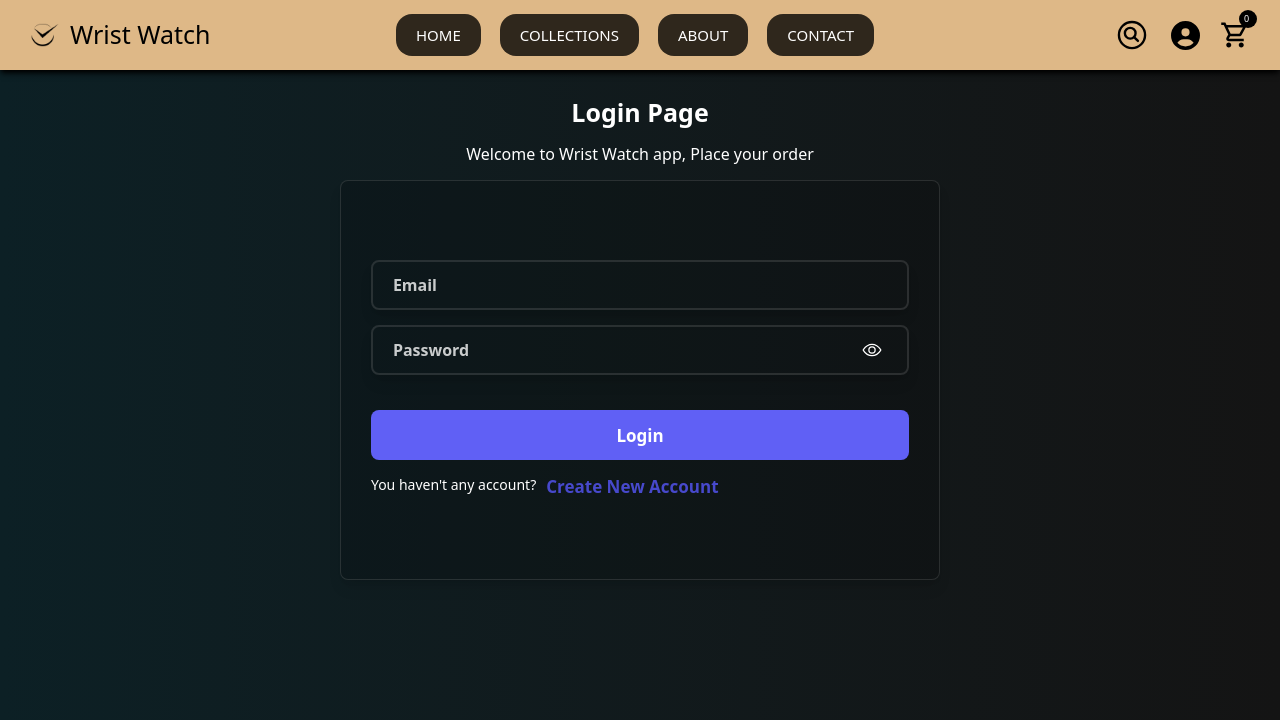
Repository: mansibhanushali/online_watch_ecommerce_mernstack_webapplication
Page: /placeorder (app in frontend/)
An editor plug-in stored every save of this project. The page is shown before and after the next save, followed by the edit.
The browser window is 1280 px wide. The pictures show the whole page.
The page's requests for data from a server got no answer. The project was rebuilt for these pictures with package versions that can differ from the ones it lists, and the page was loaded fresh each time. No one was signed in, and anything a server would have sent is missing. Also part of the build but not shown: frontend/vite.config.js, frontend/src/component/Loading.jsx, frontend/src/pages/Registration.jsx, frontend/src/component/Backgound.jsx, frontend/src/component/Title.jsx, frontend/src/component/Card.jsx, frontend/src/component/LatestCollection.jsx, frontend/src/component/BestSeller.jsx and 13 more.

Above is the page before, as saved 2025-08-15 21:53:42.

### frontend/index.html
<!doctype html>
<html lang="en">
  <head>
    <meta charset="UTF-8" />
    <link rel="icon" type="image/svg+xml" href="\logo1.png" />
    <meta name="viewport" content="width=device-width, initial-scale=1.0" />
    <title>Wristwatch</title>
  </head>
  <body>
    <div id="root"></div>
    <script type="module" src="/src/main.jsx"></script>
  </body>
</html>

### frontend/src/main.jsx
// src/main.jsx
import React from 'react';
import { createRoot } from 'react-dom/client';
import { BrowserRouter } from 'react-router-dom';
import './index.css';

import App from './App.jsx';
import AuthContext from './context/authContext.jsx';
import UserContextProvider from './context/UserContext.jsx';
import ShopContext from './context/ShopContext.jsx';

createRoot(document.getElementById('root')).render(
  <React.StrictMode>
    <BrowserRouter>
      <AuthContext>
        <UserContextProvider>
          <ShopContext>
            <App />
          </ShopContext>
        </UserContextProvider>
      </AuthContext>
    </BrowserRouter>
  </React.StrictMode>
);

### frontend/src/index.css
@import "tailwindcss";

body {
  @apply bg-white min-h-screen;
}

### frontend/src/App.jsx
import React, { useContext } from 'react';
import { Navigate, Route, Routes, useLocation } from 'react-router-dom';
import Registration from './pages/Registration';
import Home from './pages/Home';
import Login from './pages/Login';
import Nav from './component/Nav';
import { userDataContext } from './context/UserContext';
import About from './pages/About';
import Collections from './pages/Collections';
import Product from './pages/Product';
import Contact from './pages/Contact';
import ProductDetail from './pages/ProductDetail';
import Cart from './pages/Cart';
import PlaceOrder from './pages/PlaceOrder';
import Order from './pages/Order';
import { ToastContainer } from 'react-toastify';
import NotFound from './pages/NotFound';

function App() {
  const { userData } = useContext(userDataContext);
  const location = useLocation();

  // Protected route wrapper
  const ProtectedRoute = (Component) => {
    return userData ? (
      Component
    ) : (
      <Navigate to="/login" state={{ from: location.pathname }} />
    );
  };

  return (
    <>
      <ToastContainer />
      <Nav />
      <Routes>
        {/* Public Routes */}
        <Route path="/" element={<Home />} />
        <Route path="/about" element={<About />} />
        <Route path="/collection" element={<Collections />} />
        <Route path="/collection/:category" element={<Collections />} />
        <Route path="/product" element={<Product />} />
        <Route path="/contact" element={<Contact />} />

        {/* Auth Routes */}
        <Route
          path="/login"
          element={
            userData ? (
              <Navigate to={location.state?.from || '/'} />
            ) : (
              <Login />
            )
          }
        />
        <Route
          path="/signup"
          element={
            userData ? (
              <Navigate to={location.state?.from || '/'} />
            ) : (
              <Registration />
            )
          }
        />

        {/* Protected Routes */}
        <Route
          path="/productdetail/:productId"
          element={ProtectedRoute(<ProductDetail />)}
        />
        <Route path="/cart" element={ProtectedRoute(<Cart />)} />
        <Route path="/placeorder" element={ProtectedRoute(<PlaceOrder />)} />
        <Route path="/order" element={ProtectedRoute(<Order />)} />

        {/* 404 Fallback */}
        <Route path="*" element={<NotFound />} />
      </Routes>
    </>
  );
}

export default App;

### frontend/src/context/AuthContext.jsx
// src/context/AuthContext.jsx
import React, { createContext, useReducer, useEffect } from "react";
import axios from "axios";

const initialState = {
  user: null,
  token: null,
  isAuthenticated: false,
};

function reducer(state, action) {
  switch (action.type) {
    case "LOGIN":
      return {
        ...state,
        user: action.payload.user,
        token: action.payload.token,
        isAuthenticated: true,
      };
    case "LOGOUT":
      return initialState;
    default:
      return state;
  }
}

export const authDataContext = createContext();

function AuthContext({ children }) {
  const serverUrl = "http://localhost:8000";

  const [state, dispatch] = useReducer(reducer, initialState, () => {
    const token = localStorage.getItem("token");
    const user = localStorage.getItem("user");
    return token && user
      ? { token, user: JSON.parse(user), isAuthenticated: true }
      : initialState;
  });

  // axios defaults setup (runs whenever token changes)
  useEffect(() => {
    axios.defaults.baseURL = serverUrl;
    axios.defaults.withCredentials = true;

    if (state.token) {
      axios.defaults.headers.common["Authorization"] = `Bearer ${state.token}`;
      localStorage.setItem("token", state.token);
      localStorage.setItem("user", JSON.stringify(state.user));
    } else {
      delete axios.defaults.headers.common["Authorization"];
      localStorage.removeItem("token");
      localStorage.removeItem("user");
    }
  }, [state.token, state.user]);

  // Fetch current user from backend
  const fetchCurrentUser = async (token) => {
    try {
      const res = await axios.get("/api/user/getcurrentuser", {
        headers: { Authorization: `Bearer ${token}` }
      });
      return res.data;
    } catch (err) {
      console.error("Fetch current user error:", err.response?.data || err.message);
      return null;
    }
  };

  // Login and fetch user
  const login = async ({ token }) => {
    const user = await fetchCurrentUser(token);
    if (user) {
      dispatch({ type: "LOGIN", payload: { token, user } });
    }
  };

  const logout = () => dispatch({ type: "LOGOUT" });

  // Auto login when page refreshes
  useEffect(() => {
    const autoLogin = async () => {
      if (state.token && !state.user) {
        const user = await fetchCurrentUser(state.token);
        if (user) {
          dispatch({ type: "LOGIN", payload: { token: state.token, user } });
        }
      }
    };
    autoLogin();
  }, []);

  return (
    <authDataContext.Provider value={{ serverUrl, ...state, login, logout }}>
      {children}
    </authDataContext.Provider>
  );
}

export default AuthContext;

### frontend/src/context/UserContext.jsx
// src/context/UserContext.jsx
import React, { createContext, useContext, useEffect, useState } from 'react';
import { authDataContext } from './AuthContext';
import axios from 'axios';

export const userDataContext = createContext();

function UserContextProvider({ children }) {
  const [userData, setUserData] = useState(null);
  const { serverUrl } = useContext(authDataContext);

  const getCurrentUser = async () => {
    try {
      // ✅ Cookie-based request
      const result = await axios.get(`${serverUrl}/api/user/getcurrentuser`, {
        withCredentials: true, // Cookie automatically send होगी
      });

      if (result.data?.success) {
        setUserData(result.data.user);
      } else {
        setUserData(null);
      }
    } catch (error) {
      setUserData(null);
      console.error("getCurrentUser error:", error);
    }
  };

  // 🔹 Page load pe call
  useEffect(() => {
    getCurrentUser();
  }, []);

  return (
    <userDataContext.Provider value={{ userData, setUserData, getCurrentUser }}>
      {children}
    </userDataContext.Provider>
  );
}

export default UserContextProvider;

### frontend/src/context/ShopContext.jsx
import React, { createContext, useContext, useEffect, useState, useCallback } from 'react';
import { authDataContext } from './authContext';
import { userDataContext } from './UserContext';
import axios from 'axios';
import { toast } from 'react-toastify';

export const shopDataContext = createContext();

function ShopContextProvider({ children }) {
  const [products, setProducts] = useState([]);
  const [search, setSearch] = useState('');
  const { userData } = useContext(userDataContext);
  const [showSearch, setShowSearch] = useState(false);
  const { serverUrl } = useContext(authDataContext);
  const [cartItem, setCartItem] = useState({});
  const [loading, setLoading] = useState(false);
  const [token, setToken] = useState(localStorage.getItem("token") || "");

  const currency = '₹';
  const delivery_fee = 40;

  // token sync
  useEffect(() => {
    const savedToken = localStorage.getItem("token");
    if (savedToken) {
      setToken(savedToken);
    }
  }, []);

  // ✅ Get products
  const getProducts = useCallback(async () => {
    if (!serverUrl) return;
    try {
      const result = await axios.get(`${serverUrl}/api/product/list`);
      setProducts(result.data);
    } catch (error) {
      console.error("Get Products Error:", error);
    }
  }, [serverUrl]);

  // ✅ Add to cart
  const addtoCart = async (itemId) => {
    let cartData = structuredClone(cartItem);
    cartData[itemId] = (cartData[itemId] || 0) + 1;
    setCartItem(cartData);

    if (userData && token) {
      setLoading(true);
      try {
        await axios.post(
          `${serverUrl}/api/cart/add`,
          { itemId },
          {
            headers: { Authorization: `Bearer ${token}` },
            withCredentials: true
          }
        );
      } catch (error) {
        console.error(error);
        toast.error("Add Cart Error");
      } finally {
        setLoading(false);
      }
    }
  };

  // ✅ Get user cart
  const getUserCart = useCallback(async () => {
    if (!token || !serverUrl) return;
    try {
      const result = await axios.post(
        `${serverUrl}/api/cart/get`,
        {},
        {
          headers: { Authorization: `Bearer ${token}` },
          withCredentials: true
        }
      );
      setCartItem(result.data || {});
    } catch (error) {
      console.error("Get User Cart Error:", error);
    }
  }, [serverUrl, token]);

  // ✅ Update cart item quantity
  const updateQuantity = async (itemId, quantity) => {
    let cartData = structuredClone(cartItem);
    cartData[itemId] = quantity;
    setCartItem(cartData);

    if (userData && token) {
      try {
        await axios.post(
          `${serverUrl}/api/cart/update`,
          { itemId, quantity },
          {
            headers: { Authorization: `Bearer ${token}` },
            withCredentials: true
          }
        );
      } catch (error) {
        console.error(error);
      }
    }
  };

  // ✅ Total cart items count
  const getCartCount = () => {
    return Object.values(cartItem).reduce((acc, qty) => acc + qty, 0);
  };

  // ✅ Total cart amount
  const getCartAmount = () => {
    let totalAmount = 0;
    for (const itemId in cartItem) {
      let itemInfo = products.find((product) => product._id === itemId);
      if (itemInfo && cartItem[itemId] > 0) {
        totalAmount += itemInfo.price * cartItem[itemId];
      }
    }
    return totalAmount;
  };

  // Fetch products and cart
  useEffect(() => {
    getProducts();
  }, [getProducts]);

  useEffect(() => {
    getUserCart();
  }, [getUserCart]);

  let value = {
    products,
    currency,
    delivery_fee,
    getProducts,
    search,
    setSearch,
    showSearch,
    setShowSearch,
    cartItem,
    addtoCart,
    getCartCount,
    setCartItem,
    updateQuantity,
    getCartAmount,
    loading,
    serverUrl,
    setToken,
    token
  };

  return (
    <shopDataContext.Provider value={value}>
      {children}
    </shopDataContext.Provider>
  );
}

export default ShopContextProvider;

### frontend/src/pages/Login.jsx
import React, { useState, useContext } from 'react';
import { useNavigate } from 'react-router-dom';
import { IoEyeOutline, IoEye } from "react-icons/io5";
import Logo from "../assets/logo.png";
import { authDataContext } from '../context/AuthContext';
import { userDataContext } from '../context/UserContext';
import Loading from '../component/Loading';
import axios from 'axios';
import { toast } from 'react-toastify';

function Login() {
  const [show, setShow] = useState(false);
  const [email, setEmail] = useState("");
  const [password, setPassword] = useState("");
  const [loading, setLoading] = useState(false);

  const { serverUrl, login } = useContext(authDataContext);
  const { getCurrentUser } = useContext(userDataContext);
  const navigate = useNavigate();

  const handleLogin = async (e) => {
    e.preventDefault();
    setLoading(true);

    try {
      const { data } = await axios.post(
        `${serverUrl}/api/auth/login`,
        { email, password },
        { withCredentials: true }
      );

      if (!data?.token || !data?.user) {
        toast.error("Invalid response from server");
        return;
      }

      // ✅ Context + LocalStorage me save hoga automatically via AuthContext
      login({ token: data.token, user: data.user });

      // ✅ User fresh data fetch karna (agar zarurat ho)
      await getCurrentUser(data.token);

      toast.success(`Welcome, ${data.user.name || "User"}!`);
      navigate("/");
    } catch (error) {
      toast.error(error.response?.data?.message || "User Login Failed");
    } finally {
      setLoading(false);
    }
  };

  return (
    <div className='w-[100vw] h-[100vh] bg-gradient-to-l from-[#141414] to-[#0c2025] text-white flex flex-col items-center justify-start'>
      {/* Logo */}
      <div
        className='w-full h-[80px] flex items-center px-[30px] gap-[10px] cursor-pointer'
        onClick={() => navigate("/")}
      >
        <img className='w-[40px]' src={Logo} alt="Logo" />
        <h1 className='text-[22px] font-sans'>Wrist Watch</h1>
      </div>

      {/* Heading */}
      <div className='w-full h-[100px] flex flex-col items-center justify-center gap-[10px]'>
        <span className='text-[25px] font-semibold'>Login Page</span>
        <span className='text-[16px]'>Welcome to Wrist Watch app, Place your order</span>
      </div>

      {/* Form */}
      <div className='max-w-[600px] w-[90%] h-[400px] bg-[#00000025] border border-[#96969635] rounded-lg shadow-lg flex items-center justify-center'>
        <form onSubmit={handleLogin} className='w-[90%] flex flex-col items-center gap-[20px]'>
          <div className='w-full flex flex-col gap-[15px] relative'>
            <input
              type="email"
              className='w-full h-[50px] border-[2px] border-[#96969635] rounded-lg shadow-lg bg-transparent placeholder-[#ffffffc7] px-[20px] font-semibold'
              placeholder='Email'
              required
              value={email}
              onChange={(e) => setEmail(e.target.value)}
            />

            <input
              type={show ? "text" : "password"}
              className='w-full h-[50px] border-[2px] border-[#96969635] rounded-lg shadow-lg bg-transparent placeholder-[#ffffffc7] px-[20px] font-semibold'
              placeholder='Password'
              required
              value={password}
              onChange={(e) => setPassword(e.target.value)}
            />

            {show ? (
              <IoEye
                className='w-[20px] h-[20px] cursor-pointer absolute right-[5%] top-[80px]'
                onClick={() => setShow(!show)}
              />
            ) : (
              <IoEyeOutline
                className='w-[20px] h-[20px] cursor-pointer absolute right-[5%] top-[80px]'
                onClick={() => setShow(!show)}
              />
            )}

            <button
              type="submit"
              disabled={loading}
              className='w-full h-[50px] bg-[#6060f5] rounded-lg mt-[20px] flex items-center justify-center text-[17px] font-semibold'
            >
              {loading ? <Loading /> : "Login"}
            </button>

            <p className='flex gap-[10px] text-sm'>
              You haven't any account?
              <span
                className='text-[#5555f6cf] text-[17px] font-semibold cursor-pointer'
                onClick={() => navigate("/signup")}
              >
                Create New Account
              </span>
            </p>
          </div>
        </form>
      </div>
    </div>
  );
}

export default Login;

Loaded but not shown: frontend/src/component/Nav.jsx (137 lines, source omitted)

After the next save:
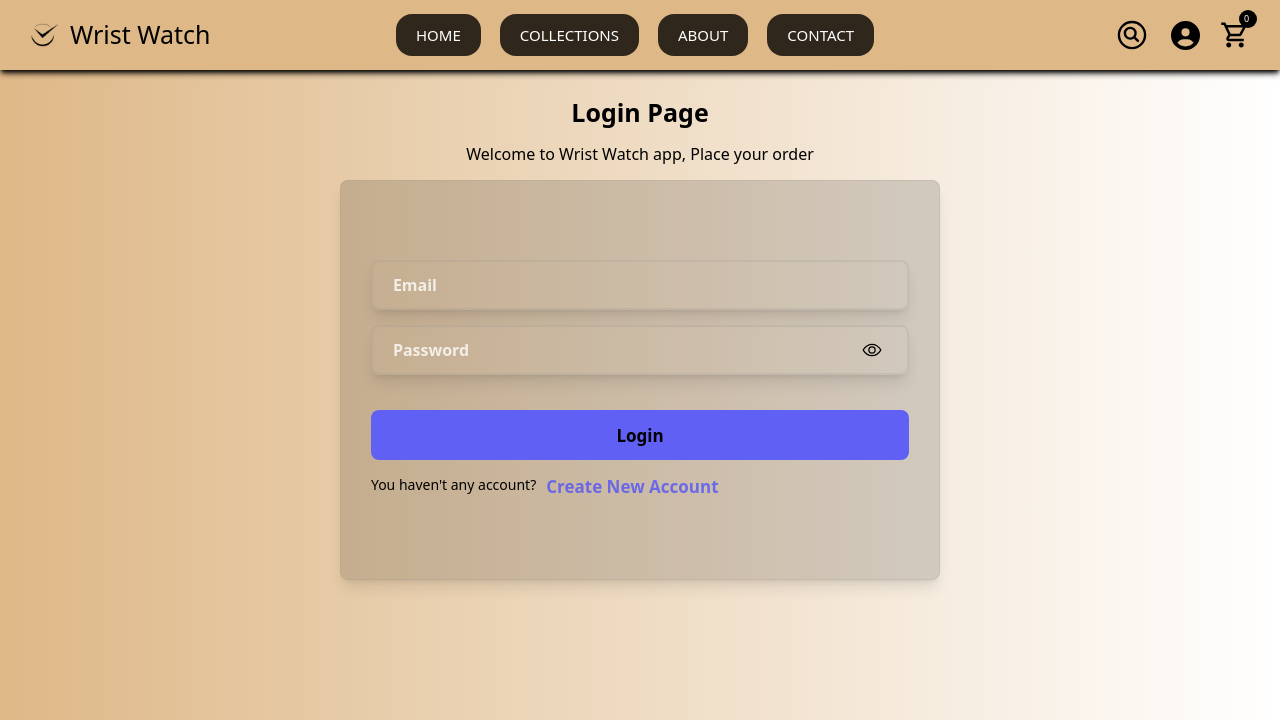
Saved 110 s later.
--- a/frontend/src/pages/Login.jsx
+++ b/frontend/src/pages/Login.jsx
@@ -50,7 +50,7 @@ function Login() {
   };
 
   return (
-    <div className='w-[100vw] h-[100vh] bg-gradient-to-l from-[#141414] to-[#0c2025] text-white flex flex-col items-center justify-start'>
+    <div className='w-[100vw] h-[100vh] bg-gradient-to-l from-[burlwood] to-[burlywood] text-black flex flex-col items-center justify-start'>
       {/* Logo */}
       <div
         className='w-full h-[80px] flex items-center px-[30px] gap-[10px] cursor-pointer'
